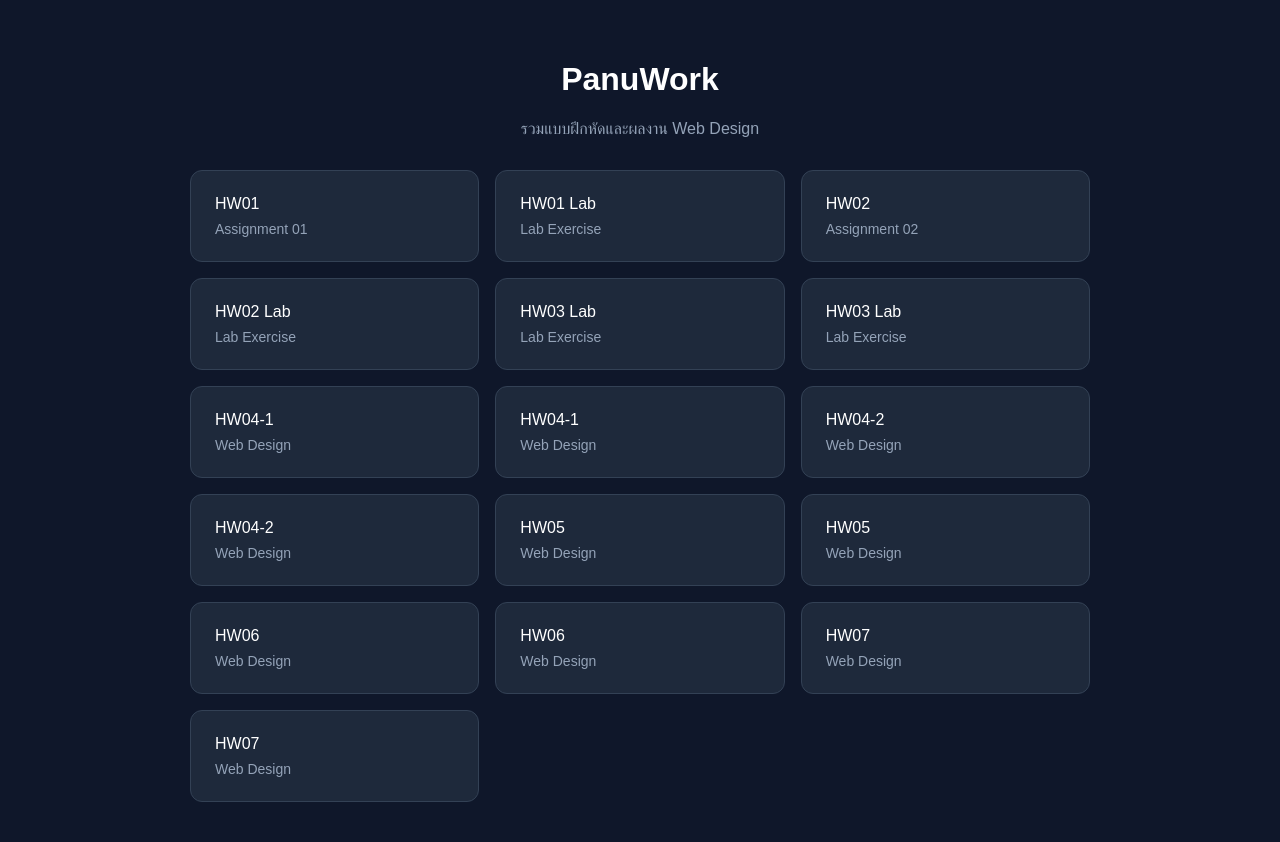
Repository: nuwat-wa/Lab_Ass_WebDesign
Page: index.html
The author's editor kept a copy of each file at every save. The page is drawn from the files as they stood at one save, then again after a run of saves.
The browser window is 1280 px wide. The pictures show the whole page.

Above is the page before, as saved 2026-10-21 00:13:59.

After the next 8 saves:
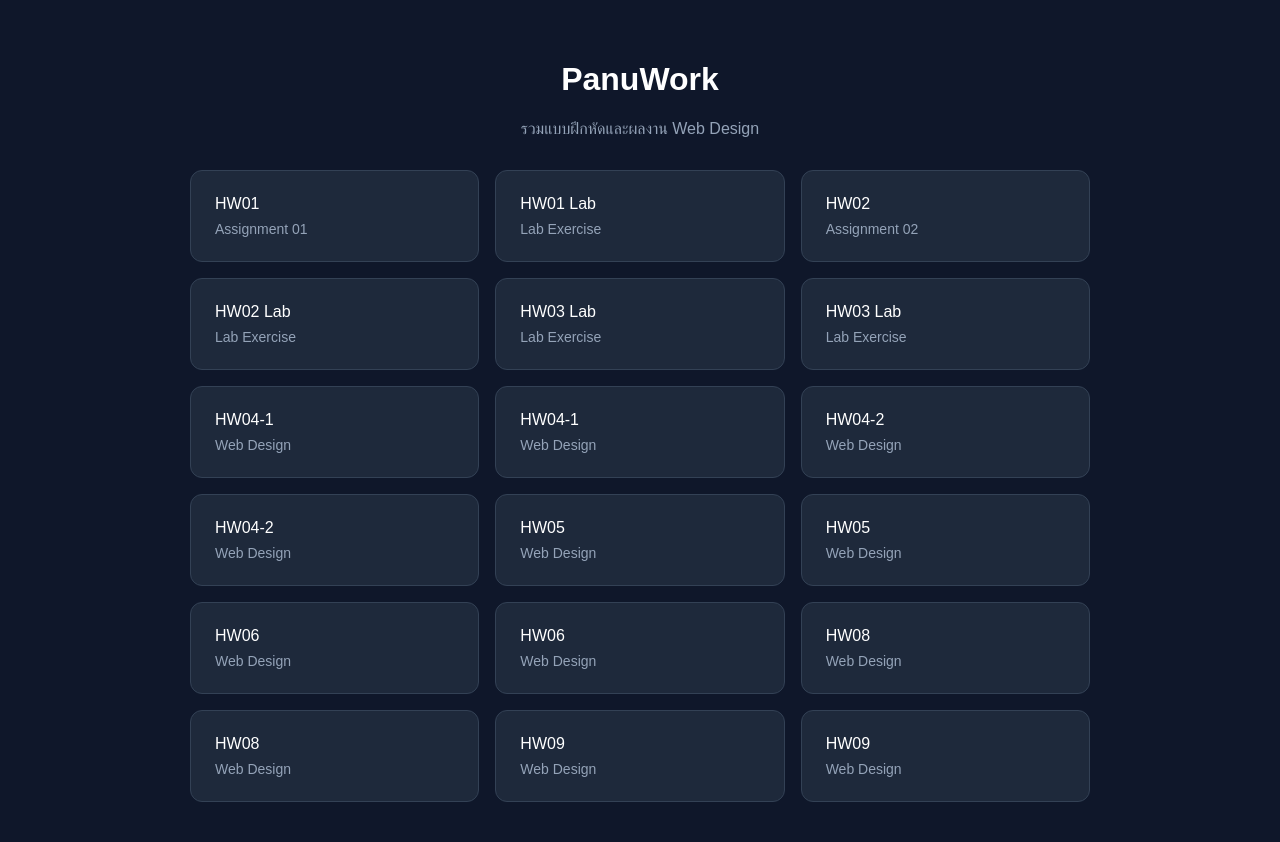
The 8 saves are shown as one change because they came seconds apart.
The last was saved 24 s later.
--- a/index.html
+++ b/index.html
@@ -127,11 +127,19 @@
         </a>
 
         <a href="./HW04-1_IT_Sec1/index.html">
-          HW07 <span>Web Design</span>
+          HW08 <span>Web Design</span>
         </a>
 
         <a href="./HW04-1_IT_Sec1/index.html">
-          HW07 <span>Web Design</span>
+          HW08 <span>Web Design</span>
+        </a>
+
+        <a href="./HW04-1_IT_Sec1/index.html">
+          HW09 <span>Web Design</span>
+        </a>
+
+        <a href="./HW04-1_IT_Sec1/index.html">
+          HW09 <span>Web Design</span>
         </a>
       </section>
     </main>
